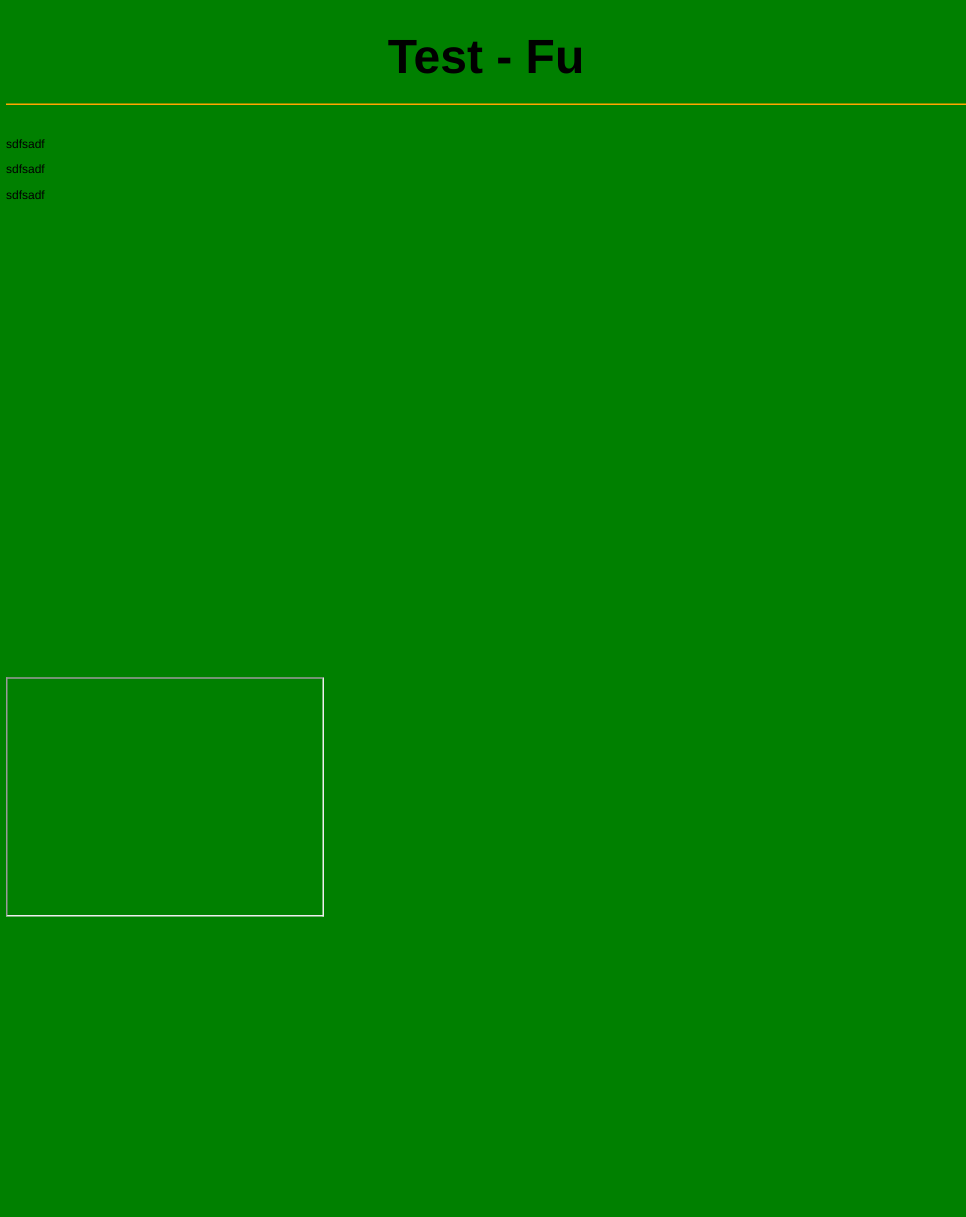
Repository: arikanu/minisite
Page: http://localhost/site/
The author's editor kept a copy of each file at every save. The page is drawn from the files as they stood at one save, then again after the next save.
The browser window is 1280 px wide. The page is 1288 px wide, so the pictures cover 1288 px, including what lies to the right of the window. The pictures show the whole page, at 75% of full size.
Pictures or frames that could not be fetched are drawn as grey boxes. The page is served by Tomcat 9. Other server files are loaded and not shown.

Above is the page before, as saved 2014-12-18 07:10:40.

### site/src/main/webapp/WEB-INF/views/home.jsp
<%@ taglib uri="http://java.sun.com/jsp/jstl/core" prefix="c" %>
<%@ page session="false" %>


<style>
body {
	font-family: Helvetica;
	height: 100%;
	width: 100%;
	background-color: green;
}
h1 {
	margin-top: 3%;
	padding-bottom: 2%;
	text-align: center;
	font-size: 400%;
	border-bottom-style: solid;
	border-bottom-color: orange;
	border-bottom-width: 2px;
}
.divVideo {
	text-align: center;
}

.divLeftPart {
	width: 30%;
	height: 100%;
}
.divRightPart {
	width: 50%;
	height: 100%;
}

</style>


<html>



<head>
	<title>Home</title>
</head>
<body>
<h1>Test - Fu</h1>

<div class="divLeftPart">
	<p>sdfsadf</p>
	<p>sdfsadf</p>
	<p>sdfsadf</p>
</div>
<div class="divLeftPart">
	<div class="divVideo">
	 	<iframe width="420" height="315" src="http://www.youtube.com/embed/XGSy3_Czz8k"></iframe>
	</div>
</div>

</body>
</html>

After the next save:
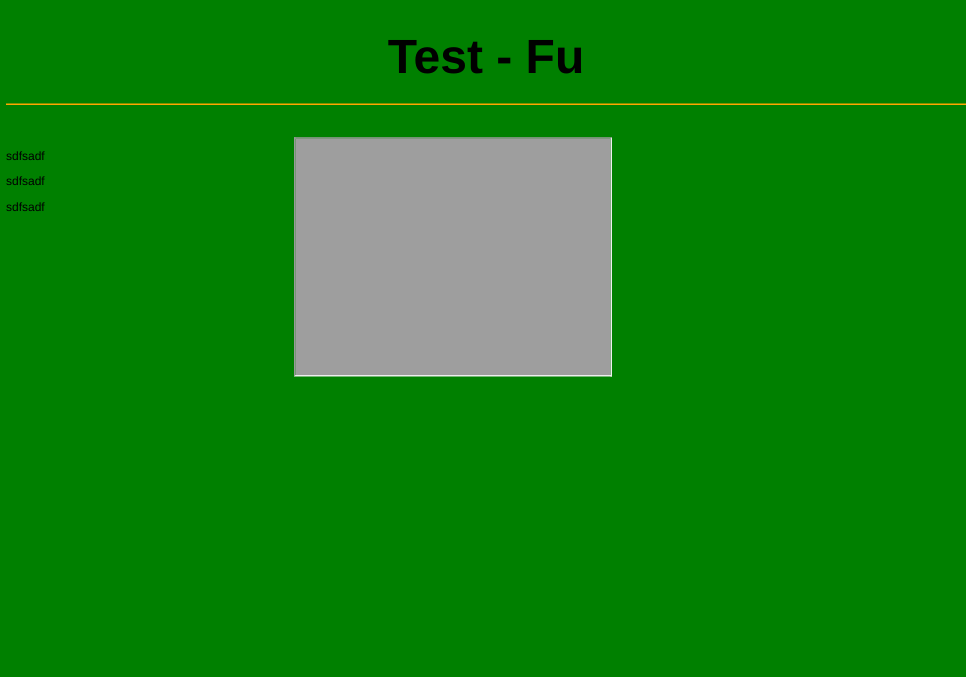
Saved 6 s later.
--- a/site/src/main/webapp/WEB-INF/views/home.jsp
+++ b/site/src/main/webapp/WEB-INF/views/home.jsp
@@ -25,10 +25,12 @@ h1 {
 .divLeftPart {
 	width: 30%;
 	height: 100%;
+	float: left;
 }
 .divRightPart {
 	width: 50%;
 	height: 100%;
+	float: left;
 }
 
 </style>
